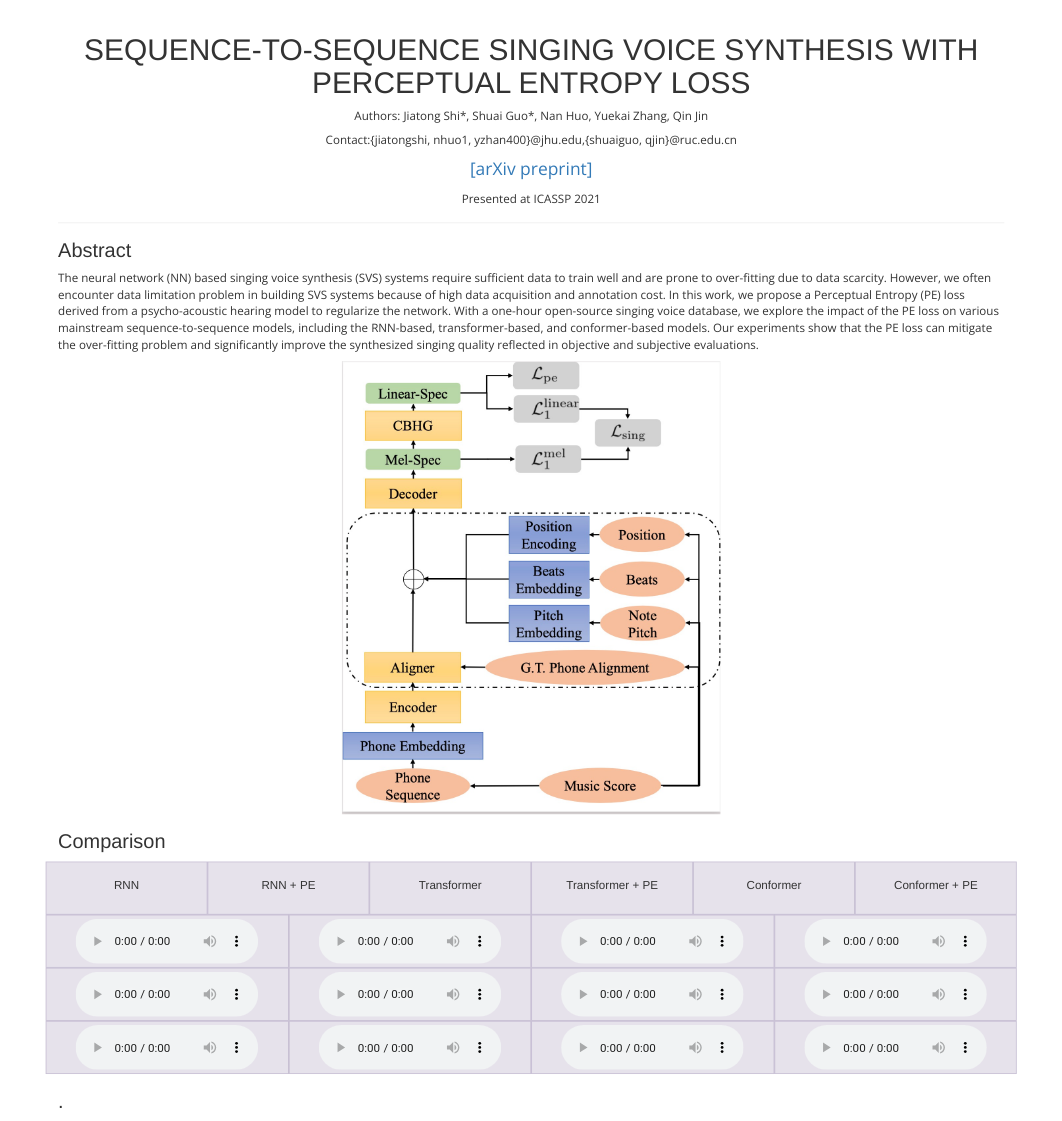
Repository: PeterGuoRuc/SVS_pe.github.io
Page: index.html
These files come from the project's save history. The page is drawn as it stood at one moment and after the next save; the edit follows.
The browser window is 1280 px wide. The pictures show the whole page, at 83% of full size.

Above is the page before, as saved 2021-06-06 17:02:57.

### index.html
<!DOCTYPE html>
<html lang="en">
  <head>
    <meta charset="utf-8">
    <meta http-equiv="X-UA-Compatible" content="IE=edge">
    <meta name="viewport" content="width=device-width, initial-scale=1">
    <meta name="description" content="">
    <meta name="author" content="">
    <link rel="shortcut icon" type="image/x-icon" href="../favicon.ico">

    <title>SEQUENCE-TO-SEQUENCE SINGING VOICE SYNTHESIS WITH PERCEPTUAL ENTROPY LOSS</title>

    <!-- Fonts -->
    <link href="https://fonts.googleapis.com/css?family=Abril+Fatface|Open+Sans" rel="stylesheet">

    <!-- Bootstrap core CSS -->
    <!--<link href="bootstrap/dist/css/bootstrap.min.css" rel="stylesheet">-->
    <link href="https://maxcdn.bootstrapcdn.com/bootstrap/3.3.7/css/bootstrap.min.css" rel="stylesheet">

    <!-- IE10 viewport hack for Surface/desktop Windows 8 bug -->
    <!--<link href="bootstrap/assets/css/ie10-viewport-bug-workaround.css" rel="stylesheet">-->
    <link href="https://maxcdn.bootstrapcdn.com/css/ie10-viewport-bug-workaround.css" rel="stylesheet">

    <!-- Custom styles for this template -->
    <link href="poster.css" rel="stylesheet">

    <!-- Just for debugging purposes. Don't actually copy these 2 lines! -->
    <!--[if lt IE 9]><script src="bootstrap/assets/js/ie8-responsive-file-warning.js"></script><![endif]-->
    <!--<script src="bootstrap/assets/js/ie-emulation-modes-warning.js"></script>-->

    <!-- HTML5 shim and Respond.js for IE8 support of HTML5 elements and media queries -->
    <!--[if lt IE 9]>
      <script src="https://oss.maxcdn.com/html5shiv/3.7.3/html5shiv.min.js"></script>
      <script src="https://oss.maxcdn.com/respond/1.4.2/respond.min.js"></script>
    <![endif]-->
  </head>

  <body>
    <div class="container">

      <div class="page-header">
        <h1>
          SEQUENCE-TO-SEQUENCE SINGING VOICE SYNTHESIS WITH PERCEPTUAL ENTROPY LOSS
        </h1>
        <p class="centered">
          Authors: Jiatong Shi*, Shuai Guo*, Nan Huo, Yuekai Zhang, Qin Jin
        </p>
        <p class="centered">
          Contact:{jiatongshi, nhuo1, yzhan400}@jhu.edu,{shuaiguo, qjin}@ruc.edu.cn
        </p>
        <p class="lead">
          <a class="lead_link" href="https://arxiv.org/abs/2010.12024">[arXiv preprint]</a>
        </p>
        <p class="centered">Presented at ICASSP 2021</p>
      </div>

      <h3>Abstract</h3>
      <p>The neural network (NN) based singing voice synthesis (SVS) systems require sufficient data to train well and are prone to over-fitting due to data scarcity.
        However, we often encounter data limitation problem in building SVS systems because of high data acquisition and annotation cost.
        In this work, we propose a Perceptual Entropy (PE) loss derived from a psycho-acoustic hearing model to regularize the network.
        With a one-hour open-source singing voice database, we explore the impact of the PE loss on various mainstream sequence-to-sequence models, including the RNN-based, transformer-based, and conformer-based models.
        Our experiments show that the PE loss can mitigate the over-fitting problem and significantly improve the synthesized singing quality reflected in objective and subjective evaluations.
      </p>

      <center><img src="files/svs_model.jpg"/ height="40%" width="40%"></center>

      <h3>Comparison</h3>
      <div class="row">
        <div class="col-md-2">RNN</div>
        <div class="col-md-2">RNN + PE</div>
        <div class="col-md-2">Transformer</div>
        <div class="col-md-2">Transformer + PE</div>
        <div class="col-md-2">Conformer</div>
        <div class="col-md-2">Conformer + PE</div>
      </div>
      <div class="row">
        <div class="col-md-3"><audio src="files/1_Feel_4.mp3" controls></audio></div>
        <div class="col-md-3"><audio src="files/2_Feel_4.mp3" controls></audio></div>
        <div class="col-md-3"><audio src="files/3_Feel_4.mp3" controls></audio></div>
        <div class="col-md-3"><audio src="files/4_Feel_4.mp3" controls></audio></div>
      </div>
      <div class="row">
        <div class="col-md-3"><audio src="files/1_Feel_19.mp3" controls></audio></div>
        <div class="col-md-3"><audio src="files/2_Feel_19.mp3" controls></audio></div>
        <div class="col-md-3"><audio src="files/3_Feel_19.mp3" controls></audio></div>
        <div class="col-md-3"><audio src="files/4_Feel_19.mp3" controls></audio></div>
      </div>
      <div class="row">
        <div class="col-md-3"><audio src="files/1_Rio_8.mp3" controls></audio></div>
        <div class="col-md-3"><audio src="files/2_Rio_8.mp3" controls></audio></div>
        <div class="col-md-3"><audio src="files/3_Rio_8.mp3" controls></audio></div>
        <div class="col-md-3"><audio src="files/4_Rio_8.mp3" controls></audio></div>
      </div>

      <h3>.</h3>


    </div> <!-- /container -->


    <!-- IE10 viewport hack for Surface/desktop Windows 8 bug -->
    <!--<script src="bootstrap/assets/js/ie10-viewport-bug-workaround.js"></script>-->
    <script src="https://maxcdn.bootstrapcdn.com/js/ie10-viewport-bug-workaround.js"></script>
  </body>
</html>

### poster.css

p {
  font-family: 'Open Sans', sans-serif;
  margin: 10px 0 10px;
}

.lead_link {
  margin: 0 5px 0 5px;
}

.lead {
  text-align: center;
  margin-bottom: 0;
}

.centered {
  text-align: center;
}

.image_title {
  text-align: center;
}

img.figure {
  display: block;
  margin-left: auto;
  margin-right: auto;
  max-width: 100%;
}

h1 {
  /* font-family: 'Abril Fatface', cursive; */
  text-align: center;
}

h4 {
  margin-top: 25px;
}
.row {
  margin-bottom: 0px;
  position: relative;
}

/* vertically center audio players */
.row audio {
    position: absolute;
    top: 0;
    left: 0;
    bottom: 0;
    right: 0;
    margin: auto;
    display: block;
    width: 220px;
}

[class*="col-"] {
  padding-top: 17px;
  padding-bottom: 17px;
  background-color: #eee;
  background-color: rgba(86,61,124,.15);
  border: 1px solid #ddd;
  border: 1px solid rgba(86,61,124,.2);
  height: 64px;
  text-align: center;
}

hr {
  margin-top: 40px;
  margin-bottom: 40px;
}

After the next save:
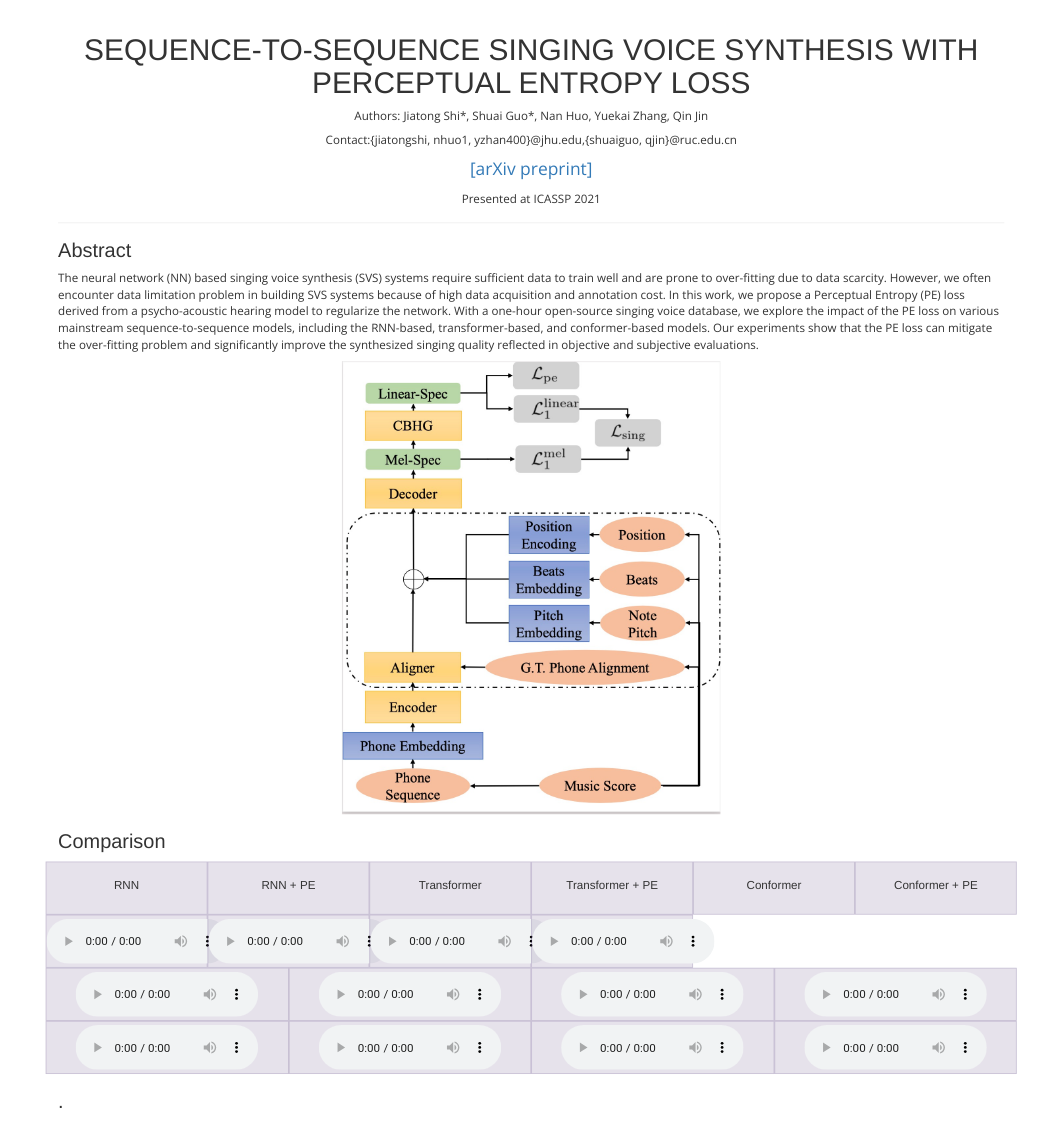
Saved 13 s later.
--- a/index.html
+++ b/index.html
@@ -74,10 +74,10 @@
         <div class="col-md-2">Conformer + PE</div>
       </div>
       <div class="row">
-        <div class="col-md-3"><audio src="files/1_Feel_4.mp3" controls></audio></div>
-        <div class="col-md-3"><audio src="files/2_Feel_4.mp3" controls></audio></div>
-        <div class="col-md-3"><audio src="files/3_Feel_4.mp3" controls></audio></div>
-        <div class="col-md-3"><audio src="files/4_Feel_4.mp3" controls></audio></div>
+        <div class="col-md-2"><audio src="files/1_Feel_4.mp3" controls></audio></div>
+        <div class="col-md-2"><audio src="files/2_Feel_4.mp3" controls></audio></div>
+        <div class="col-md-2"><audio src="files/3_Feel_4.mp3" controls></audio></div>
+        <div class="col-md-2"><audio src="files/4_Feel_4.mp3" controls></audio></div>
       </div>
       <div class="row">
         <div class="col-md-3"><audio src="files/1_Feel_19.mp3" controls></audio></div>
